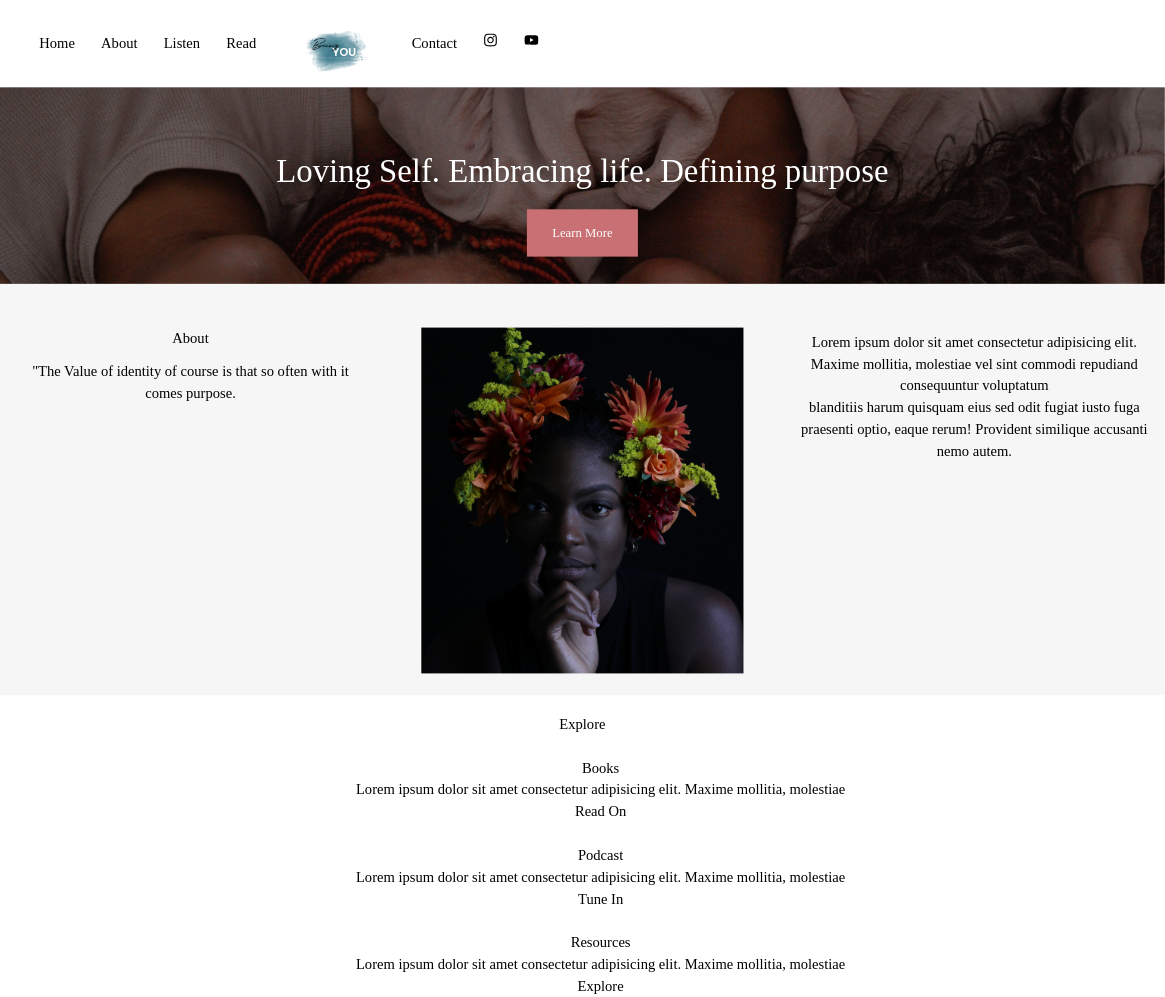
Repository: BrightonMboya/being-you
Page: /
These files come from the project's save history. The page is drawn as it stood at one moment and after the next save; the edit follows.
The browser window is 1280 px wide. The pictures show the whole page, at 91% of full size.
The project was rebuilt for these pictures with package versions that can differ from the ones it lists, and the page was loaded fresh each time.

Above is the page before, as saved 2022-05-28 16:56:59.

After the next save:
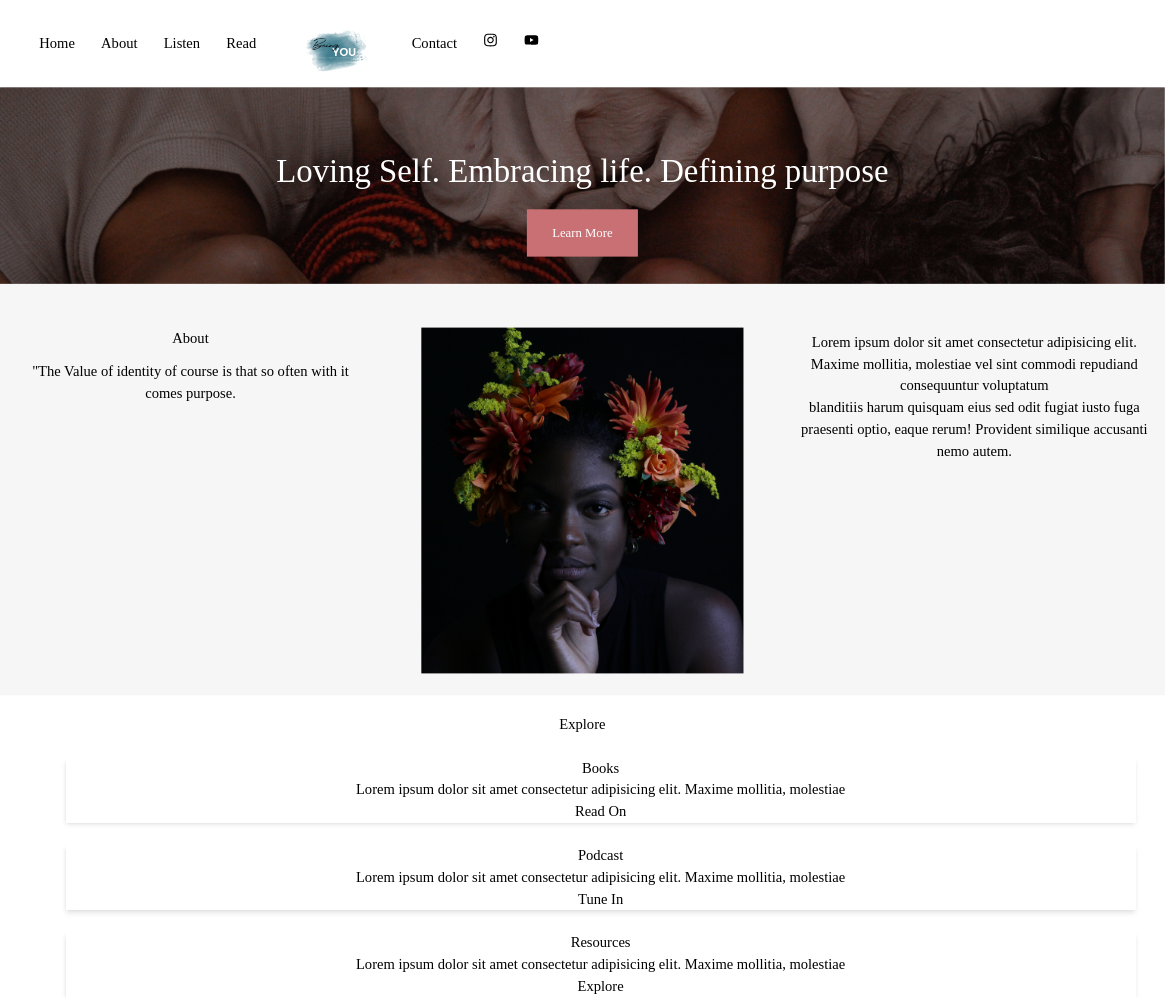
Saved 20 s later.
--- a/src/Components/Podcast/ExploreCard.jsx
+++ b/src/Components/Podcast/ExploreCard.jsx
@@ -3,7 +3,7 @@ import React from "react";
 const ExploreCard = (props) => {
   return (
     <div className="mt-6">
-      <div className="flex flex-col items-center">
+      <div className="flex flex-col items-center shadow-md">
         <img src={props.image} alt="" />
         <h3>{props.title}</h3>
         <p>{props.description}</p>
